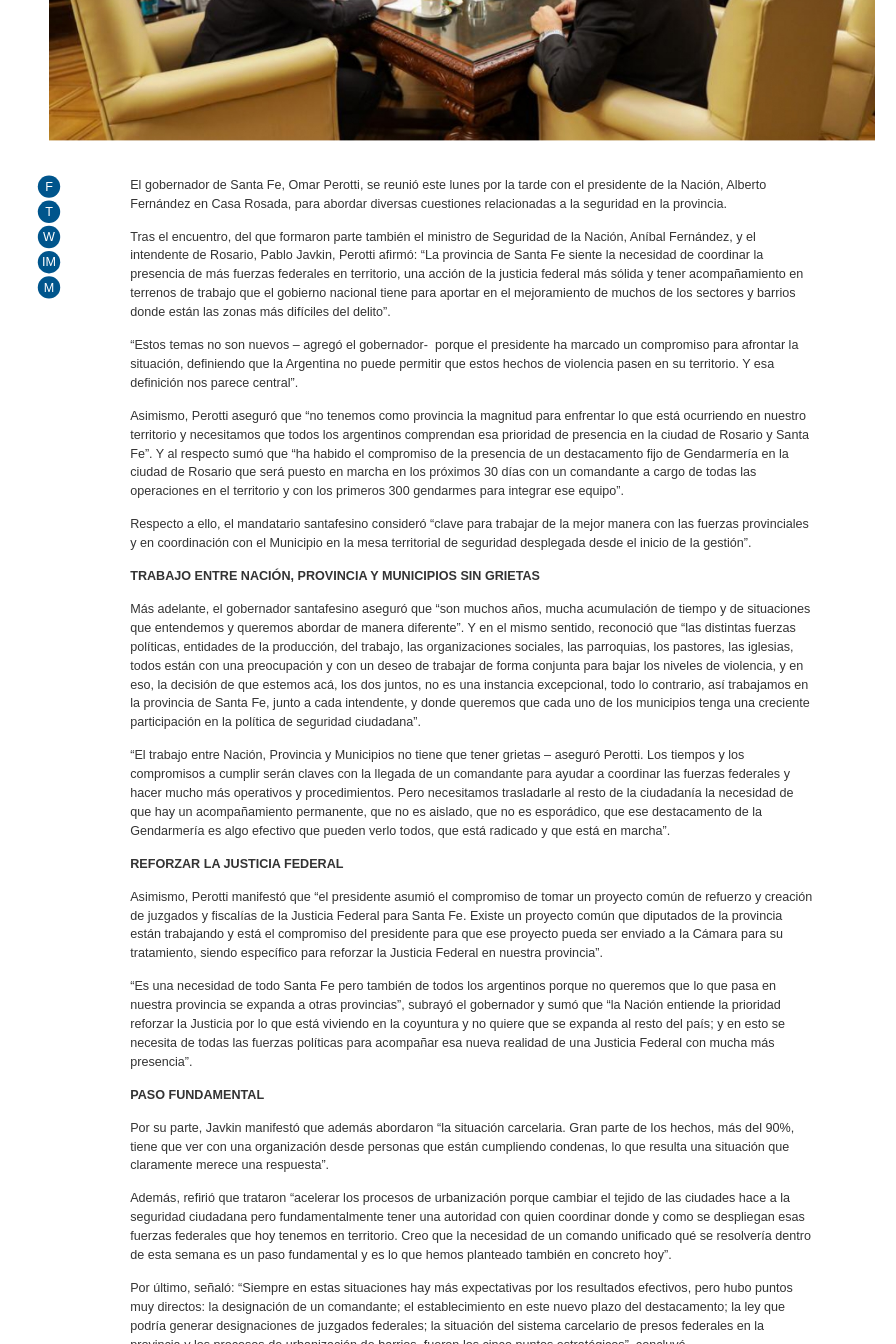
Repository: Larrowo/LPPA
Page: Clase_5/index.html
An editor plug-in stored every save of this project. The page is shown before and after the next save, followed by the edit.
The browser window is 1280 px wide. The pictures show the part of the page from y = 1032 to 2952 px (the page is 2986 px tall), at 70% of full size.

Above is the page before, as saved 2022-05-10 16:45:21.

After the next save:
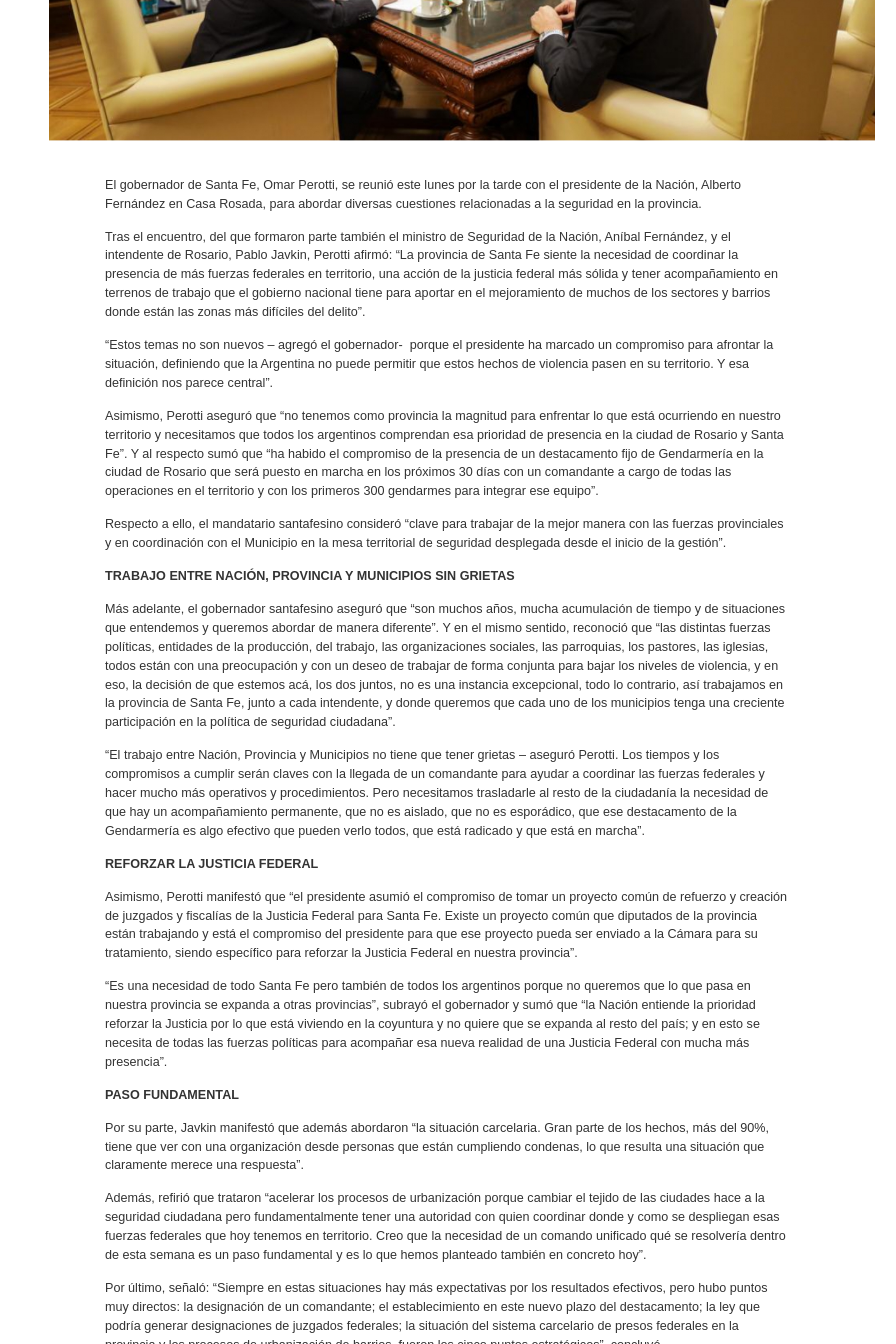
Saved 16 s later.
--- a/Clase_5/mediaQrys.css
+++ b/Clase_5/mediaQrys.css
@@ -213,9 +213,9 @@
   .inner-wrapper-sticky ul {
     flex-direction: column;
   }
-  .inner-wrapper-sticky {
+  #lateralContainer {
     display: block;
-}
+  }
 
   /* Dropdown menu configuracion */
 
